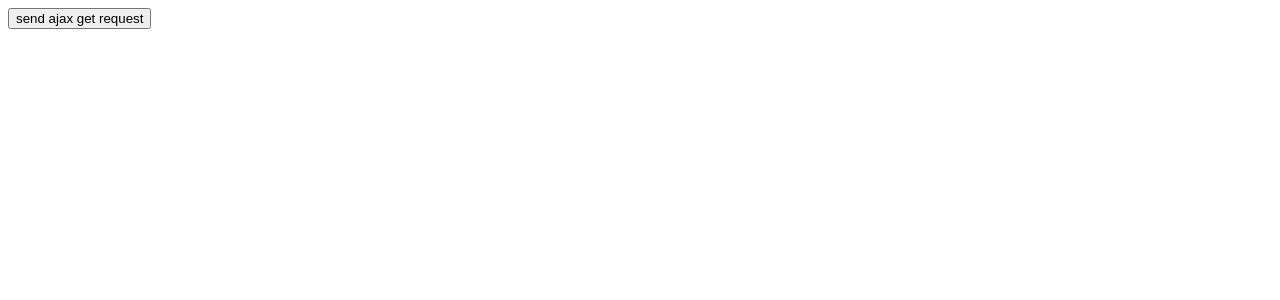
Repository: HO-ZY/Pleiades_Workplace
Page: ajax/P_ajax2/src/main/webapp/ajax3.html
These files come from the project's save history. The page is drawn as it stood at one moment and after the next save; the edit follows.
The browser window is 1280 px wide. The pictures show the whole page.

Above is the page before, as saved 2022-06-04 13:49:41.

After the next save:
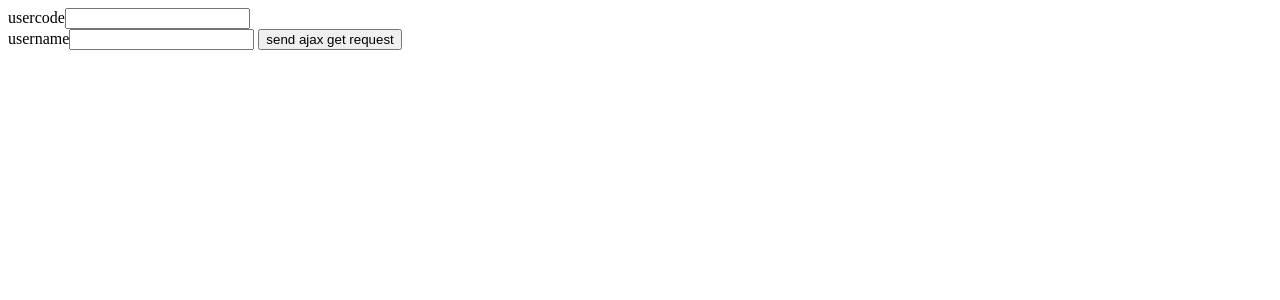
Saved 64 min 35 s later.
--- a/ajax/P_ajax2/src/main/webapp/ajax3.html
+++ b/ajax/P_ajax2/src/main/webapp/ajax3.html
@@ -49,10 +49,14 @@
 	}
 
 </script>
+usercode<input type="text" id="usercode"><br>
+username<input type="text" id="username">
+
 
 <button id="btn">send ajax get request</button>
 <br>
 <span id="myspan"></span>
+<div id="mydiv"></div>
 
 </body>
 </html>
